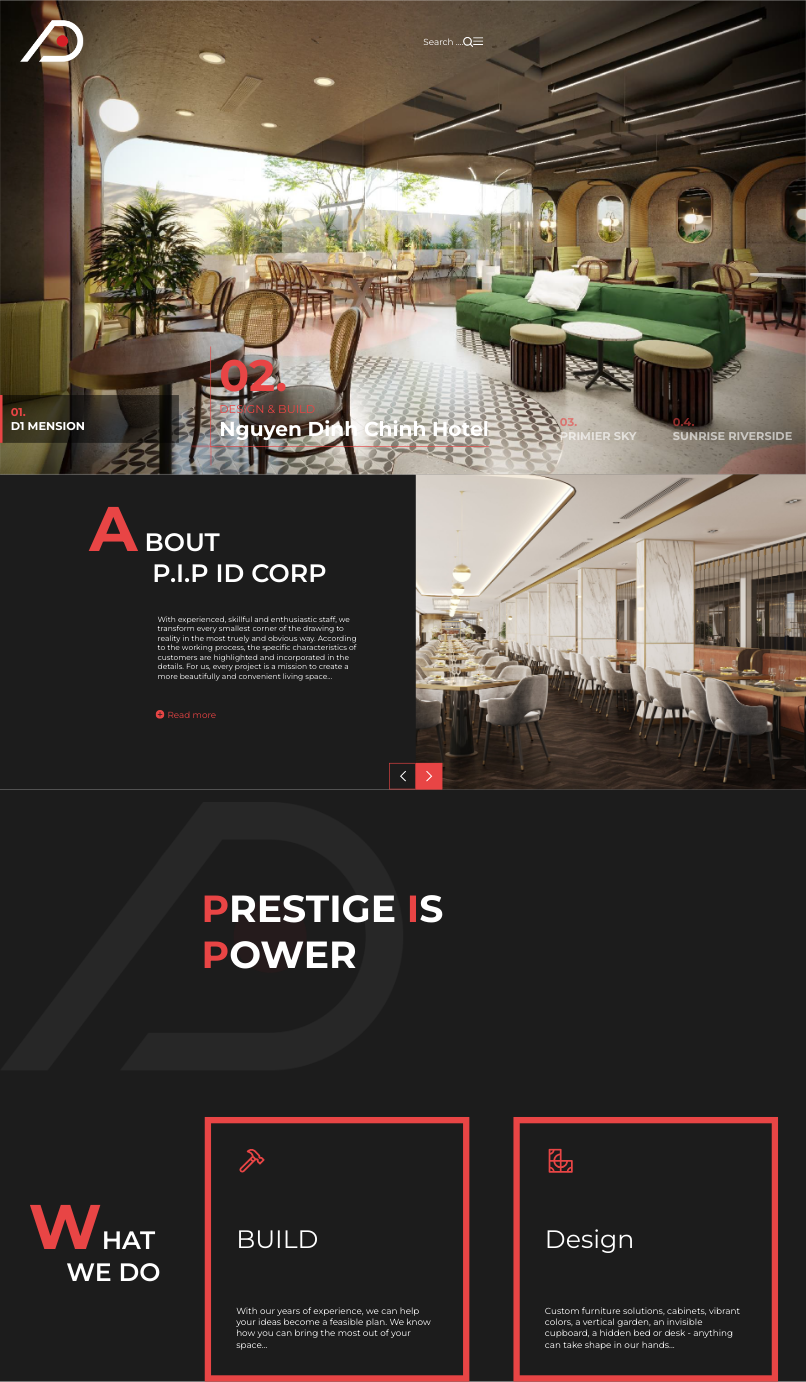
Repository: huudang2840/pipHomePage
Page: index.html
These files come from the project's save history. The page is drawn as it stood at one moment and after the next save; the edit follows.
The browser window is 1280 px wide. The pictures show the whole page, at 63% of full size.

Above is the page before, as saved 2023-03-21 15:15:18.

After the next save:
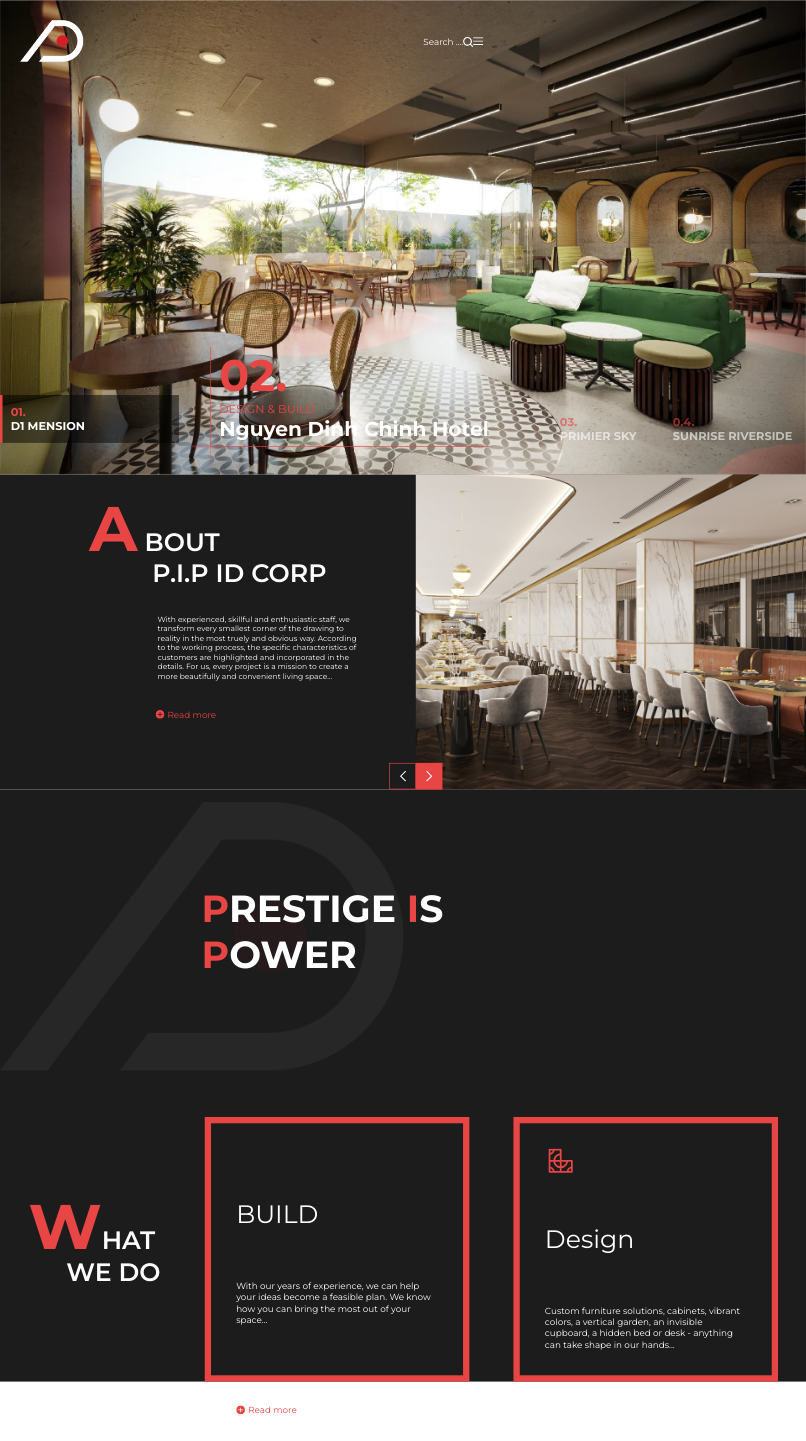
Saved 53 s later.
--- a/index.html
+++ b/index.html
@@ -189,6 +189,21 @@
               With our years of experience, we can help your ideas become a feasible plan. We know
               how you can bring the most out of your space...
             </p>
+            <div class="read-more">
+              <svg
+                width="14"
+                height="14"
+                viewBox="0 0 14 14"
+                fill="none"
+                xmlns="http://www.w3.org/2000/svg"
+              >
+                <path
+                  d="M7 0C3.14005 0 0 3.14005 0 7C0 10.86 3.14005 14 7 14C10.86 14 14 10.86 14 7C14 3.14005 10.86 0 7 0ZM10.0625 7.5833H7.5833V10.0625C7.5833 10.3845 7.32204 10.6458 7 10.6458C6.67796 10.6458 6.4167 10.3845 6.4167 10.0625V7.5833H3.9375C3.61546 7.5833 3.3542 7.32204 3.3542 7C3.3542 6.67796 3.61546 6.4167 3.9375 6.4167H6.4167V3.9375C6.4167 3.61546 6.67796 3.3542 7 3.3542C7.32204 3.3542 7.5833 3.61546 7.5833 3.9375V6.4167H10.0625C10.3845 6.4167 10.6458 6.67796 10.6458 7C10.6458 7.32204 10.3845 7.5833 10.0625 7.5833Z"
+                  fill="#E84545"
+                />
+              </svg>
+              <p>Read more</p>
+            </div>
           </div>
           <div class="wedo__bottom__item">
             <svg
